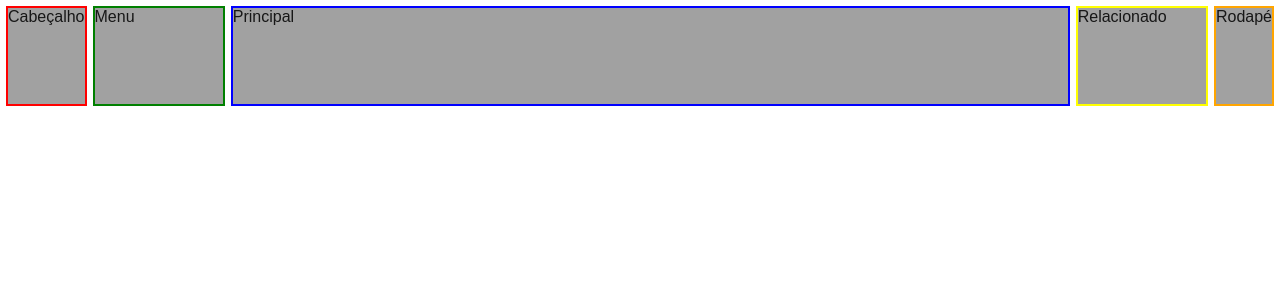
Repository: AleOi3/htmlTemplate
Page: /temp_one
An editor plug-in stored every save of this project. The page is shown before and after the next save, followed by the edit.
The browser window is 1280 px wide. The pictures show the whole page.
The project was rebuilt for these pictures with package versions that can differ from the ones it lists, and the page was loaded fresh each time. The framework's server and built-in components were replaced by stand-ins that run in the browser. Also part of the build but not shown: next.config.ts.

Above is the page before, as saved 2024-12-09 00:33:58.

After the next save:
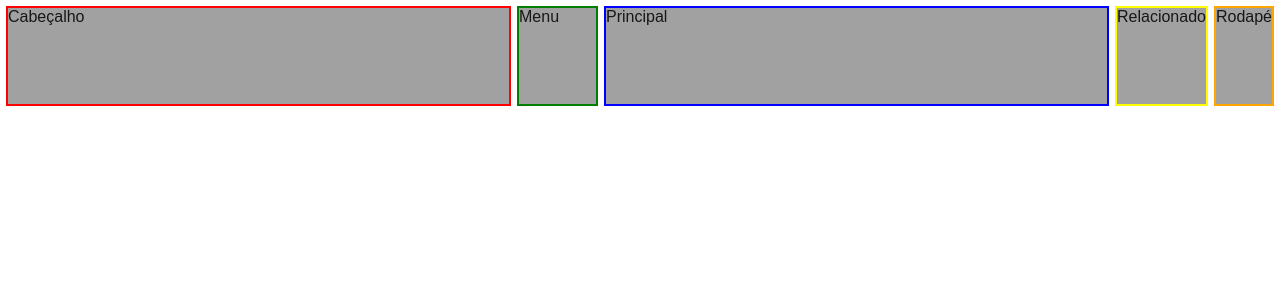
Saved 37 s later.
--- a/src/app/temp_one/page.tsx
+++ b/src/app/temp_one/page.tsx
@@ -5,6 +5,7 @@ const TemplateOnePage = () => {
             height: 100,
             margin: 3,
             display: 'flex',
+            flex: '1 1 100vw',
             background: '#a1a1a1'
         }}>
             Cabeçalho
